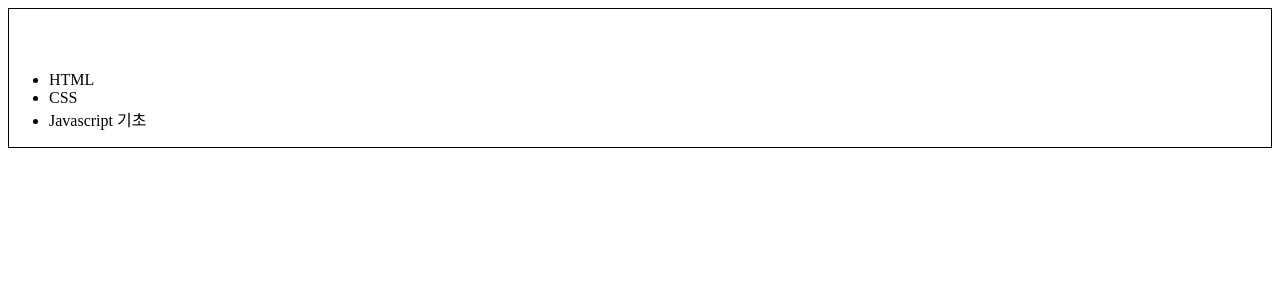
Repository: dudadab/Hhyundaiezwel_Academy
Page: CSS01/src/main/webapp/test1.html
These files come from the project's save history. The page is drawn as it stood at one moment and after the next save; the edit follows.
The browser window is 1280 px wide. The pictures show the whole page.

Above is the page before, as saved 2025-07-02 06:21:35.

### CSS01/src/main/webapp/test1.html
<!DOCTYPE html>
<html>
<head>
<meta charset="UTF-8">
<title>Insert title here</title>
	<style type="text/css">
		.box {
    		border:solid 1px #000;
    	}
    	.box h1 {
    		background-color:balck;
    		color:white;
    		font-size:15px;
    		padding: 8pxl 12px;
    		margin: 0 0 25px 0;
    		display:inline-block;
    	}


	</style>
</head>
<body>
	<div class="box">
		<h1>웹 기술-기본</h1>
		<ul>
			<li id="HTML">HTML</li>
			<li id="CSS">CSS</li>
			<li id="Javascript">Javascript 기초</li>
		</ul>
	</div>
</body>
</html>

After the next save:
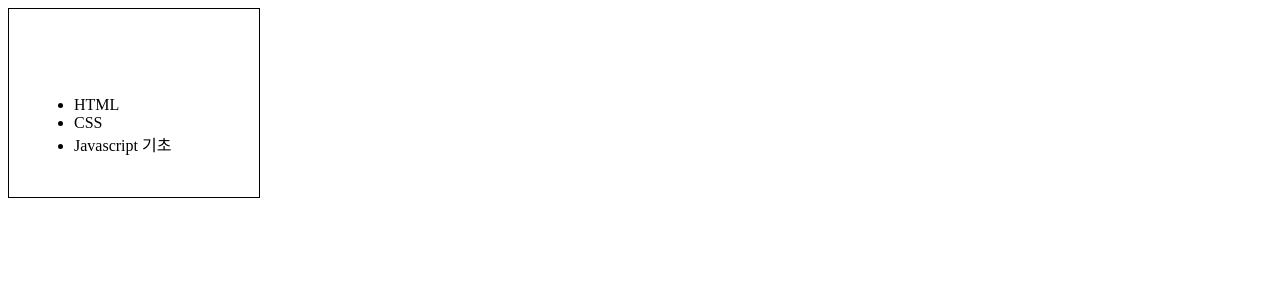
Saved 52 s later.
--- a/CSS01/src/main/webapp/test1.html
+++ b/CSS01/src/main/webapp/test1.html
@@ -6,6 +6,8 @@
 	<style type="text/css">
 		.box {
     		border:solid 1px #000;
+    		padding:25px;
+    		width:200px;
     	}
     	.box h1 {
     		background-color:balck;
